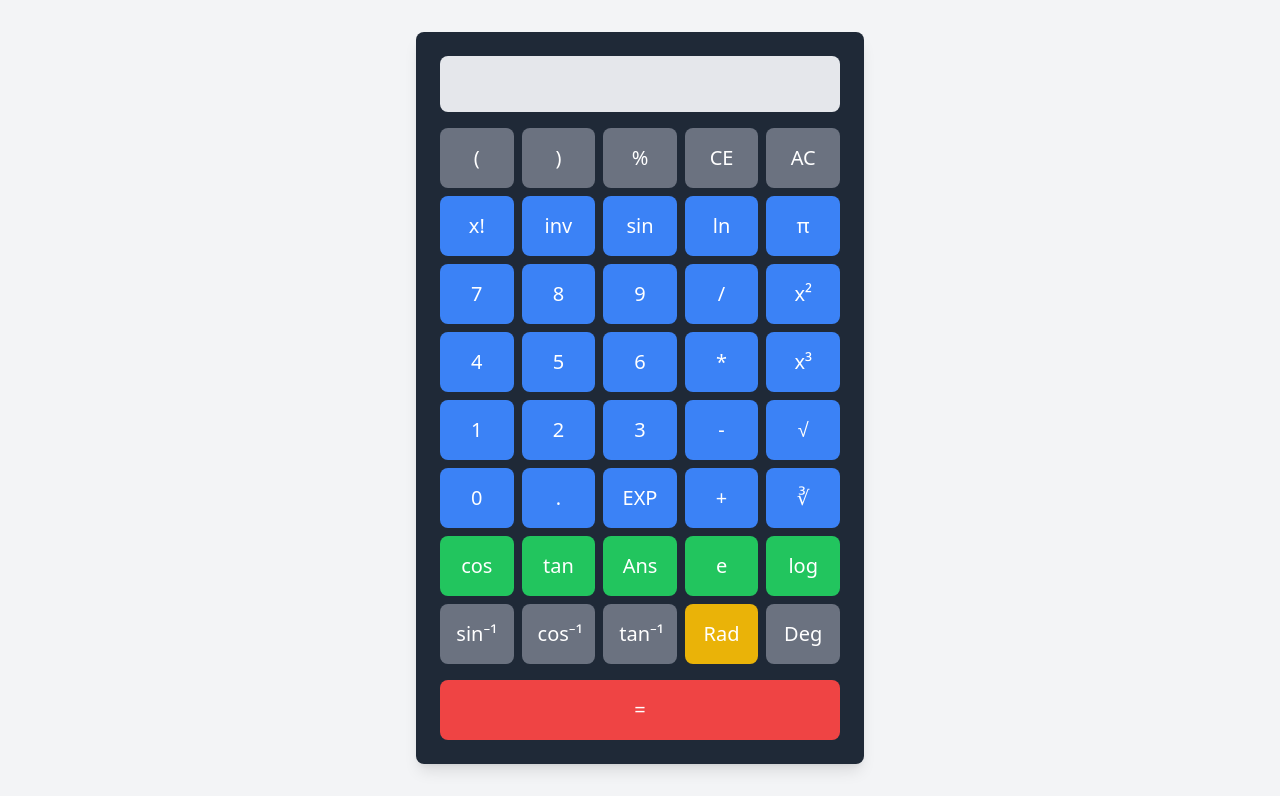
Repository: Sirinegaddour11/Calculator-App
Page: /
An editor plug-in stored every save of this project. The page is shown before and after a run of saves, followed by the edit.
The browser window is 1280 px wide. The pictures show the whole page.
The project was rebuilt for these pictures with package versions that can differ from the ones it lists, and the page was loaded fresh each time. The framework's server and built-in components were replaced by stand-ins that run in the browser. Also part of the build but not shown: next.config.mjs.

Above is the page before, as saved 2024-09-16 19:27:36.

### app/layout.tsx
import type { Metadata } from "next";
import "./globals.css";

export const metadata: Metadata = {
  title: "Calculator App",
  description: "Generated by me",
};

export default function RootLayout({
  children,
}: Readonly<{
  children: React.ReactNode;
}>) {
  return (
    <html lang="en">
      <body className="bg-red-200">{children}</body>
    </html>
  );
}

### app/page.tsx
import Calculator from "@/components/calculator";
import Image from "next/image";

export default function Home() {
  return (
    <div>
      <Calculator />
    </div>
  );
}

### app/globals.css
@tailwind base;
@tailwind components;
@tailwind utilities;

.dark .three-d {
  text-shadow: 0px 5px 0px #533519;
}
.three-d {
  text-shadow: none;
}
.dark .simplebar-scrollbar ::before {
 background-color: rgb(216, 217, 231);
}

### components/calculator.tsx
"use client";
import React, { useState } from "react";
import {
  evaluate,
  pi,
  exp,
  log,
  factorial,
  sin,
  cos,
  tan,
  asin,
  acos,
  atan,
} from "mathjs";

const Calculator: React.FC = () => {
  const [expression, setExpression] = useState<string>("");
  const [lastResult, setLastResult] = useState<string>("");
  const [isRadianMode, setIsRadianMode] = useState<boolean>(true);

  const handleButtonClick = (value: string) => {
    switch (value) {
      case "pi":
        setExpression((prev) => prev + "π");
        break;
      case "e":
        setExpression((prev) => prev + "e");
        break;
      case "Ans":
        setExpression((prev) => prev + lastResult);
        break;
      case "ln":
        setExpression((prev) => prev + "log(");
        break;
      case "log":
        setExpression((prev) => prev + "log10(");
        break;
      case "x!":
        setExpression((prev) => prev + "factorial(");
        break;
      case "%":
        setExpression((prev) => prev + "%");
        break;
      case "inv":
        setExpression((prev) => prev + "^(-1)");
        break;
      case "EXP":
        setExpression((prev) => prev + "×10^");
        break;
      case "CE":
        setExpression((prev) => prev.slice(0, -1));
        break;
      case "x²":
        setExpression((prev) => prev + "^2");
        break;
      case "x³":
        setExpression((prev) => prev + "^3");
        break;
      case "√":
        setExpression((prev) => prev + "sqrt(");
        break;
      case "∛":
        setExpression((prev) => prev + "cbrt(");
        break;
      case "sin⁻¹":
        setExpression((prev) => prev + "asin(");
        break;
      case "cos⁻¹":
        setExpression((prev) => prev + "acos(");
        break;
      case "tan⁻¹":
        setExpression((prev) => prev + "atan(");
        break;
      case "Rad":
        setIsRadianMode(true);
        break;
      case "Deg":
        setIsRadianMode(false);
        break;
      default:
        if (["sin", "cos", "tan", "^"].includes(value)) {
          setExpression((prev) => prev + value + "(");
        } else if (value === ")") {
          setExpression((prev) => prev + value);
        } else {
          setExpression((prev) => prev + value);
        }
        break;
    }
  };

  const handleCalculate = () => {
    try {
      let expressionToEvaluate = expression
        .replace(/π/g, "pi")
        .replace(/×/g, "*");
      if (!isRadianMode) {
        expressionToEvaluate = expressionToEvaluate
          .replace(/sin\(/g, "sin(pi/180*")
          .replace(/cos\(/g, "cos(pi/180*")
          .replace(/tan\(/g, "tan(pi/180*")
          .replace(/asin\(/g, "180/pi*asin(")
          .replace(/acos\(/g, "180/pi*acos(")
          .replace(/atan\(/g, "180/pi*atan(");
      }
      const result = evaluate(expressionToEvaluate);
      setLastResult(result.toString());
      setExpression(result.toString());
    } catch (error) {
      setExpression("Erreur");
    }
  };

  const handleClear = () => {
    setExpression("");
    setLastResult("");
  };

  return (
    <div className="flex justify-center items-center min-w-[50vh] p-8 bg-gray-100">
      <div className="max-w-md w-full bg-gray-800 rounded-lg shadow-lg p-6">
        <input
          type="text"
          className="w-full mb-4 p-3 text-2xl text-right bg-gray-200 rounded-lg"
          value={expression}
          readOnly
        />
        <div className="grid grid-cols-5 gap-2">
          {/* Ligne 1 */}
          {["(", ")", "%", "CE", "AC"].map((value, index) => (
            <button
              key={index}
              className="p-4 bg-gray-500 text-white rounded-lg hover:bg-gray-600 text-xl"
              onClick={() =>
                value === "AC" ? handleClear() : handleButtonClick(value)
              }
            >
              {value}
            </button>
          ))}
          {/* Ligne 2 */}
          {["x!", "inv", "sin", "ln", "π"].map((value, index) => (
            <button
              key={index}
              className="p-4 bg-blue-500 text-white rounded-lg hover:bg-blue-600 text-xl"
              onClick={() => handleButtonClick(value)}
            >
              {value}
            </button>
          ))}
          {/* Ligne 3 */}
          {["7", "8", "9", "/", "x²"].map((value, index) => (
            <button
              key={index}
              className="p-4 bg-blue-500 text-white rounded-lg hover:bg-blue-600 text-xl"
              onClick={() => handleButtonClick(value)}
            >
              {value}
            </button>
          ))}
          {/* Ligne 4 */}
          {["4", "5", "6", "*", "x³"].map((value, index) => (
            <button
              key={index}
              className="p-4 bg-blue-500 text-white rounded-lg hover:bg-blue-600 text-xl"
              onClick={() => handleButtonClick(value)}
            >
              {value}
            </button>
          ))}
          {/* Ligne 5 */}
          {["1", "2", "3", "-", "√"].map((value, index) => (
            <button
              key={index}
              className="p-4 bg-blue-500 text-white rounded-lg hover:bg-blue-600 text-xl"
              onClick={() => handleButtonClick(value)}
            >
              {value}
            </button>
          ))}
          {/* Ligne 6 */}
          {["0", ".", "EXP", "+", "∛"].map((value, index) => (
            <button
              key={index}
              className="p-4 bg-blue-500 text-white rounded-lg hover:bg-blue-600 text-xl"
              onClick={() => handleButtonClick(value)}
            >
              {value}
            </button>
          ))}
          {/* Ligne 7 (fonctions scientifiques) */}
          {["cos", "tan", "Ans", "e", "log"].map((func, index) => (
            <button
              key={index}
              className="p-4 bg-green-500 text-white rounded-lg hover:bg-green-600 text-xl"
              onClick={() => handleButtonClick(func)}
            >
              {func}
            </button>
          ))}
          {/* Ligne 8 (fonctions supplémentaires) */}
          {["sin⁻¹", "cos⁻¹", "tan⁻¹", "Rad", "Deg"].map((func, index) => (
            <button
              key={index}
              className={`p-4 ${
                (func === "Rad" && isRadianMode) ||
                (func === "Deg" && !isRadianMode)
                  ? "bg-yellow-500"
                  : "bg-gray-500"
              } text-white rounded-lg hover:bg-gray-600 text-xl`}
              onClick={() => handleButtonClick(func)}
            >
              {func}
            </button>
          ))}
        </div>
        <button
          className="mt-4 w-full p-4 bg-red-500 text-white rounded-lg hover:bg-red-600 text-xl"
          onClick={handleCalculate}
        >
          =
        </button>
      </div>
    </div>
  );
};

export default Calculator;

Loaded but not shown: tailwind.config.ts (common file)

After the next 2 saves:
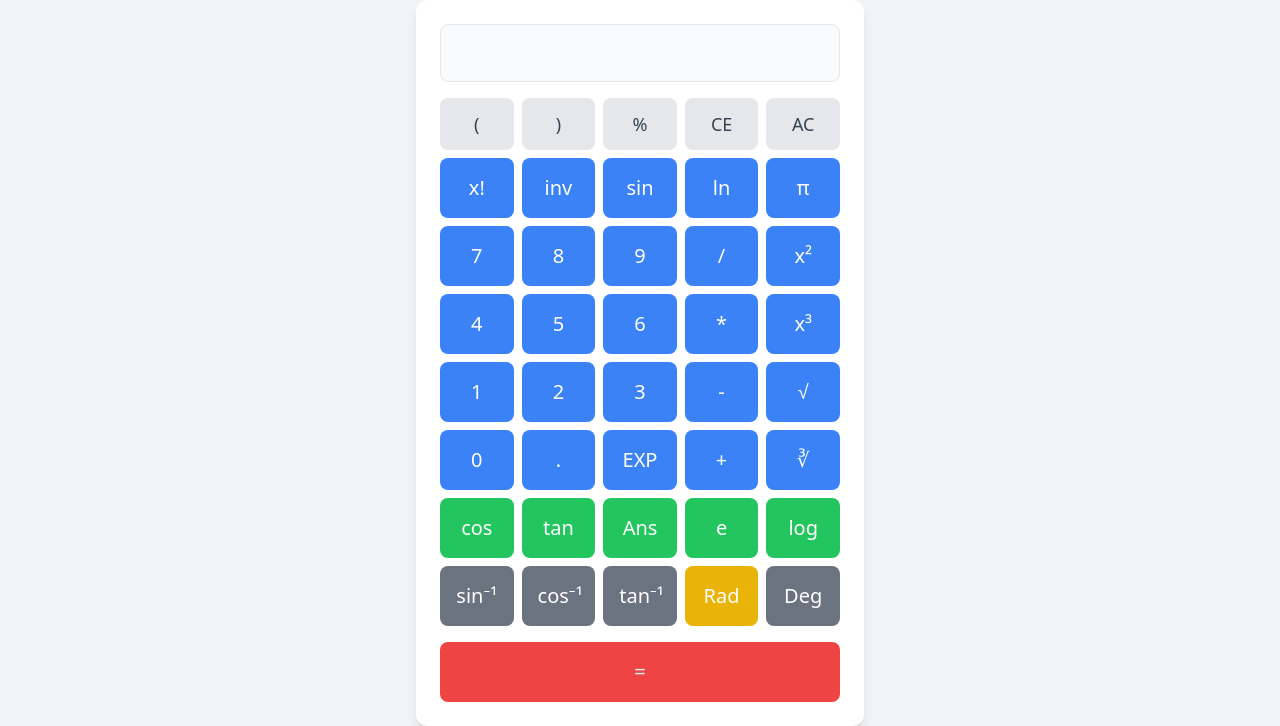
The 2 saves are shown as one change because they came seconds apart.
The last was saved 3 min 59 s later.
--- a/components/calculator.tsx
+++ b/components/calculator.tsx
@@ -118,11 +118,11 @@ const Calculator: React.FC = () => {
   };
 
   return (
-    <div className="flex justify-center items-center min-w-[50vh] p-8 bg-gray-100">
-      <div className="max-w-md w-full bg-gray-800 rounded-lg shadow-lg p-6">
+    <div className="flex justify-center items-center min-h-screen bg-gray-100 font-sans">
+      <div className="max-w-md w-full bg-white rounded-xl shadow-lg p-6">
         <input
           type="text"
-          className="w-full mb-4 p-3 text-2xl text-right bg-gray-200 rounded-lg"
+          className="w-full mb-4 p-3 text-2xl text-right bg-gray-50 rounded-lg border border-gray-200 focus:outline-none focus:border-blue-500"
           value={expression}
           readOnly
         />
@@ -131,7 +131,7 @@ const Calculator: React.FC = () => {
           {["(", ")", "%", "CE", "AC"].map((value, index) => (
             <button
               key={index}
-              className="p-4 bg-gray-500 text-white rounded-lg hover:bg-gray-600 text-xl"
+              className="p-3 bg-gray-200 text-gray-700 rounded-lg hover:bg-gray-300 text-lg font-medium transition-colors"
               onClick={() =>
                 value === "AC" ? handleClear() : handleButtonClick(value)
               }
